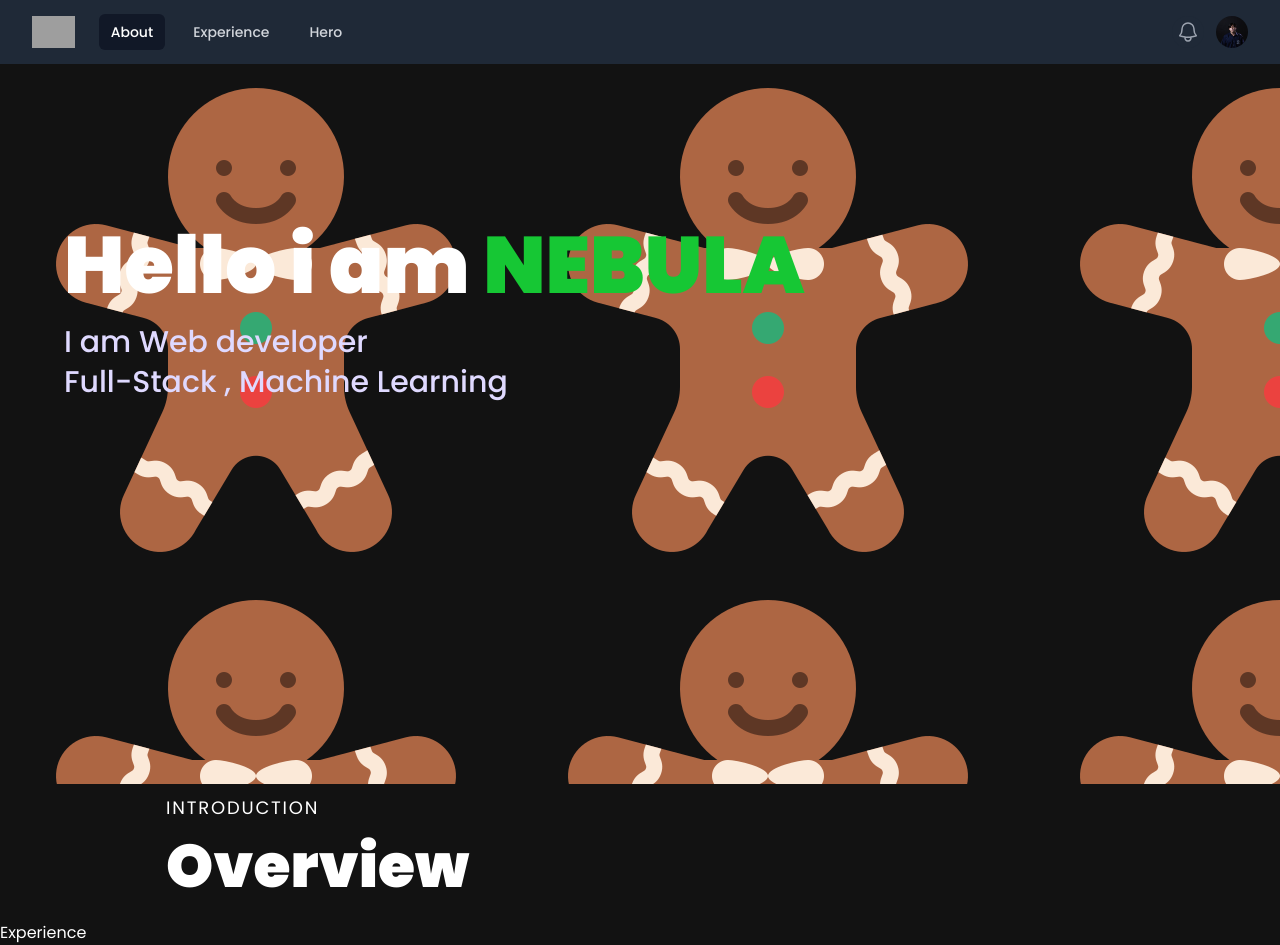
Repository: supakorn5039-boon/React-f
Page: /
The author's editor kept a copy of each file at every save. The page is drawn from the files as they stood at one save, then again after a run of saves.
The browser window is 1280 px wide. The pictures show the whole page.
Pictures or frames that could not be fetched are drawn as grey boxes. The project was rebuilt for these pictures with package versions that can differ from the ones it lists, and the page was loaded fresh each time. Also part of the build but not shown: vite.config.js.

Above is the page before, as saved 2024-01-09 16:28:30.

After the next 5 saves:
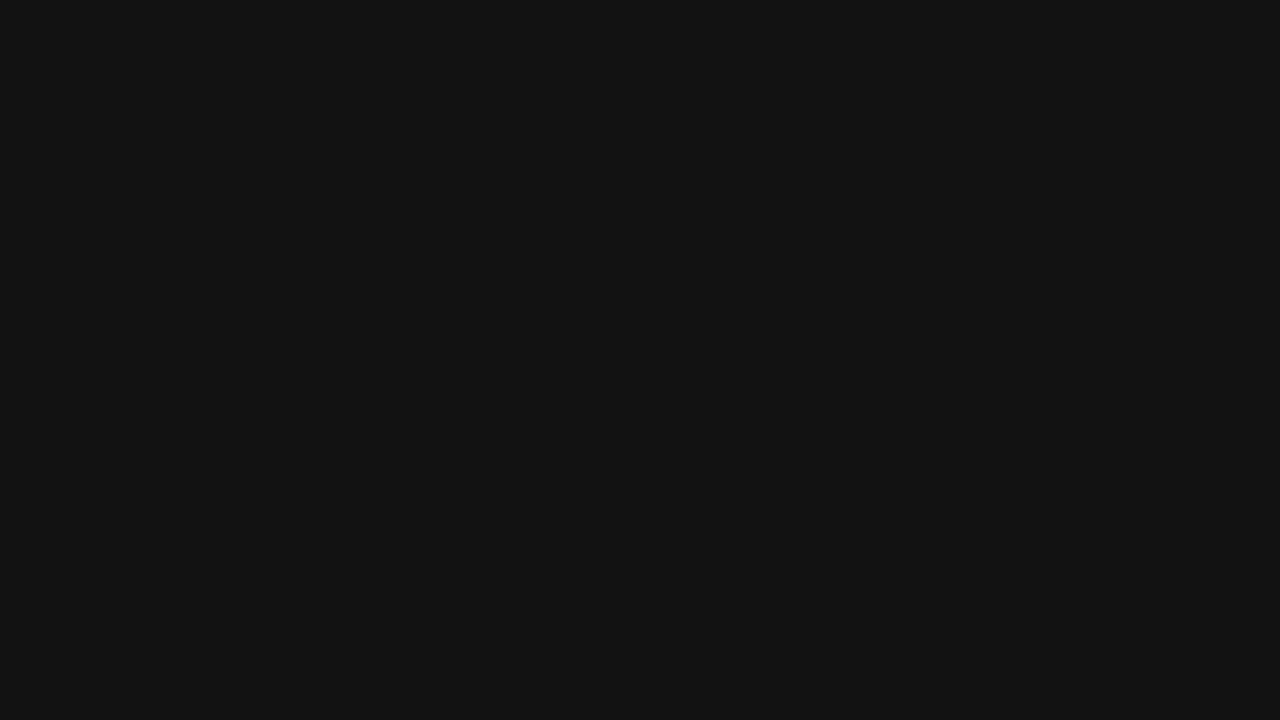
Console error: ReferenceError: Navbar is not defined
The 5 saves are shown as one change because they came seconds apart.
The last was saved 25 min 8 s later.
--- a/src/App.jsx
+++ b/src/App.jsx
@@ -1,4 +1,4 @@
-import Navbar from "./components/navbar";
+
 import Hero from "./components/Hero";
 import About from "./components/About";
 import Experience from "./components/Experience";
@@ -6,7 +6,7 @@
 export default function App() {
   return (
     <>
-      <Navbar />
+     <Navbar/>
       <Hero />
       <About />
       <Experience />

After the 2 saves that followed:
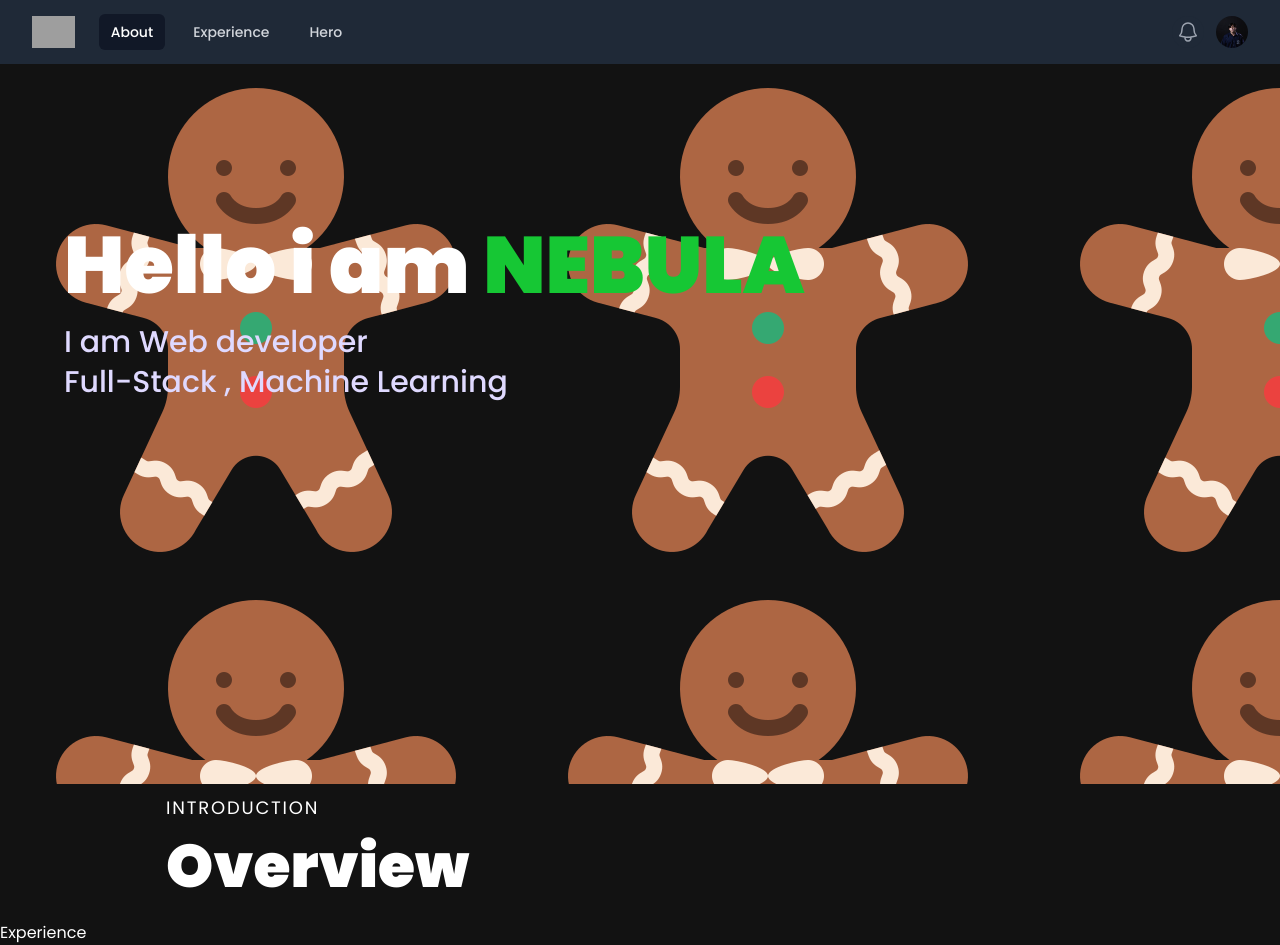
The error is gone.
The 2 saves are shown as one change because 1 left the picture as it was.
The last was saved 17 s later.
--- a/src/App.jsx
+++ b/src/App.jsx
@@ -1,4 +1,4 @@
-
+import Navbar from "./components/navbar";
 import Hero from "./components/Hero";
 import About from "./components/About";
 import Experience from "./components/Experience";
@@ -6,7 +6,7 @@
 export default function App() {
   return (
     <>
-     <Navbar/>
+      <Navbar />
       <Hero />
       <About />
       <Experience />
